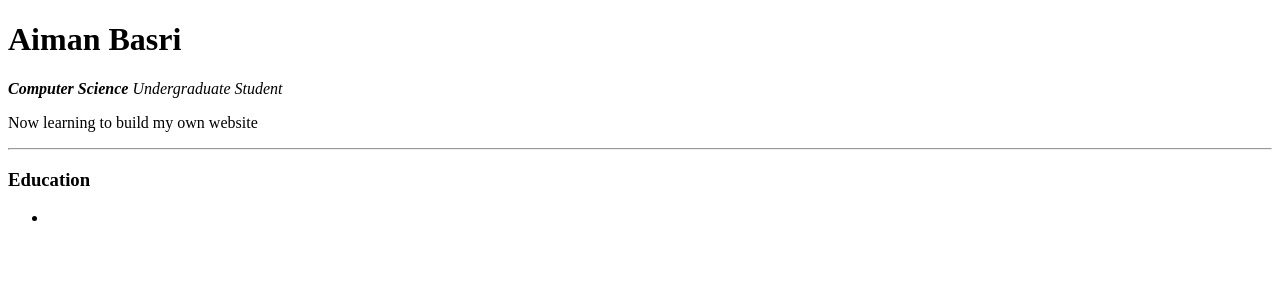
Repository: aimanbasri/Web-Development-Bootcamp
Page: HTML - Personal Site/index.html
The author's editor kept a copy of each file at every save. The page is drawn from the files as they stood at one save, then again after the next save.
The browser window is 1280 px wide. The pictures show the whole page.

Above is the page before, as saved 2019-12-29 01:09:56.

After the next save:
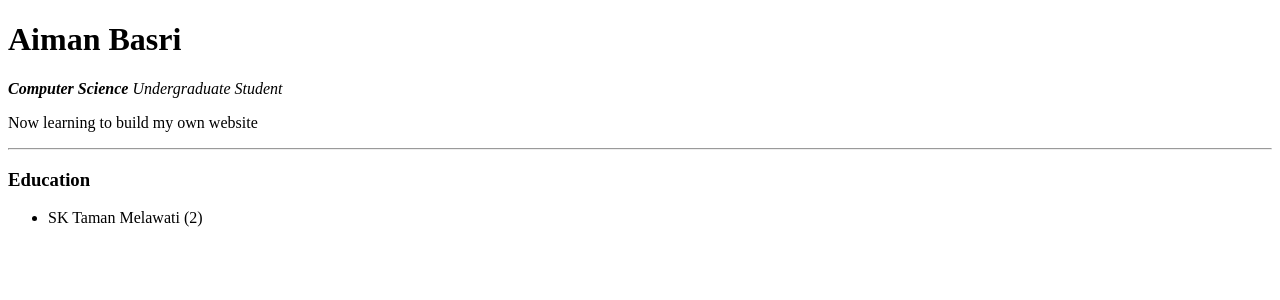
Saved 18 s later.
--- a/HTML - Personal Site/index.html
+++ b/HTML - Personal Site/index.html
@@ -13,7 +13,8 @@
     <hr>
     <h3> Education </h3>
     <ul>
-        <li></li>
+        <li>SK Taman Melawati (2)
+        </li>
     </ul>
 </body>
 </html>
